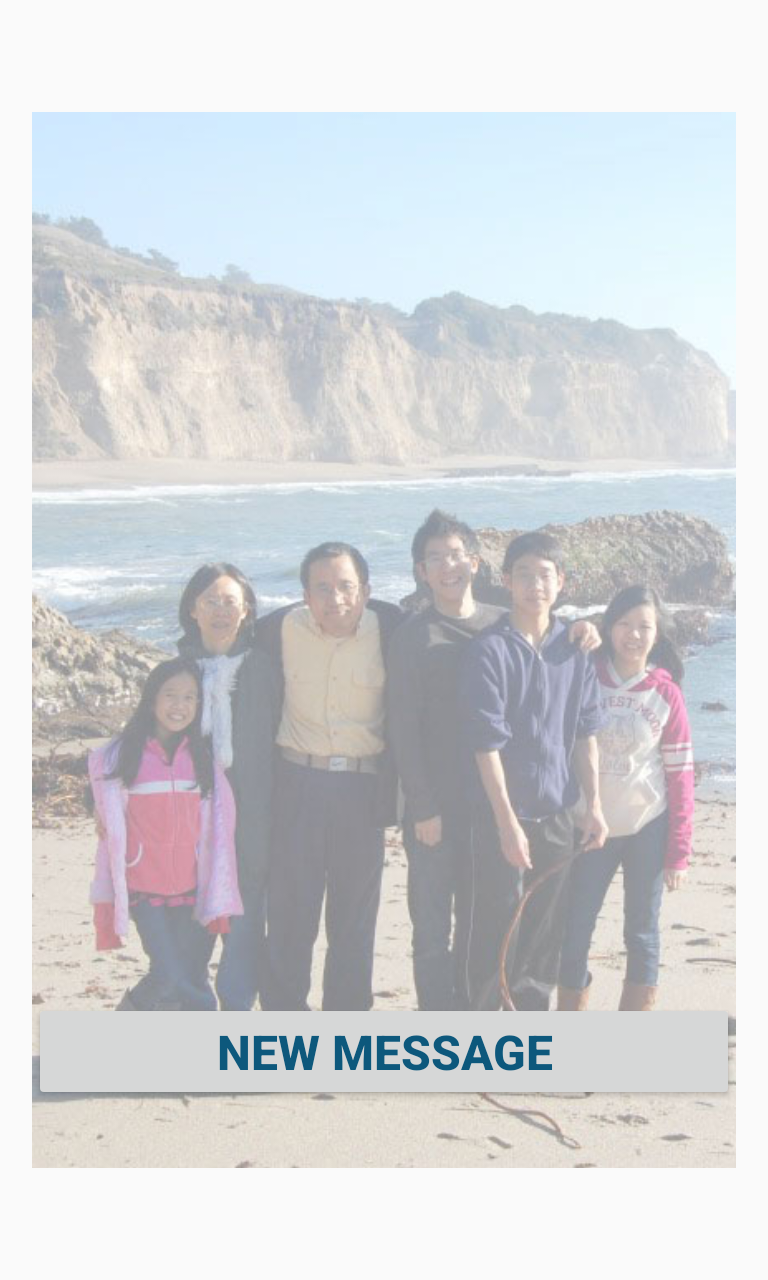
Repository: asaphy/routines
Layout: AndroidWorkSpace/Father'sDayApp/res/layout/activity_main.xml
The author's editor kept a copy of each file at every save. The layout is drawn from the files as they stood at one save, then again after the next save.
It is drawn on a 768 x 1280 px phone screen (xhdpi) without system bars, with theme AppTheme; the app's code is not run.

Above is the layout before, as saved 2014-06-14 22:22:34.

### AndroidWorkSpace/Father'sDayApp/res/layout/activity_main.xml
<RelativeLayout xmlns:android="http://schemas.android.com/apk/res/android"
    xmlns:tools="http://schemas.android.com/tools"
    android:layout_width="match_parent"
    android:layout_height="match_parent"
    android:paddingBottom="@dimen/activity_vertical_margin"
    android:paddingLeft="@dimen/activity_horizontal_margin"
    android:paddingRight="@dimen/activity_horizontal_margin"
    android:paddingTop="@dimen/activity_vertical_margin"
    tools:context="com.asaphyuan.fathersdayapp.MainActivity$PlaceholderFragment" >

    <ImageView
        android:id="@+id/imageView1"
        android:layout_width="match_parent"
        android:layout_height="match_parent"
        android:src="@drawable/family" />

    <TextView
        android:id="@+id/textView1"
        android:layout_width="wrap_content"
        android:layout_height="wrap_content"
        android:layout_alignParentTop="true"
        android:layout_centerHorizontal="true"
        android:layout_marginTop="103dp"
        android:gravity="center_horizontal"
        android:textSize="32sp" />

    <Button
        android:id="@+id/button1"
        android:layout_width="match_parent"
        android:layout_height="wrap_content"
        android:layout_alignParentBottom="true"
        android:layout_alignParentRight="true"
        android:layout_marginBottom="72dp"
        android:text="New Message"
        android:textColor="#0D587C"
        android:textSize="24sp"
        android:textStyle="bold"
        android:typeface="normal" />

</RelativeLayout>

Loaded but not shown: AndroidWorkSpace/Father'sDayApp/res/values/styles.xml (common file); AndroidWorkSpace/Father'sDayApp/res/values-v11/styles.xml (common file); AndroidWorkSpace/Father'sDayApp/res/values-v14/styles.xml (common file); AndroidWorkSpace/Father'sDayApp/res/values/dimens.xml (common file); AndroidWorkSpace/Father'sDayApp/res/values-w820dp/dimens.xml (common file)

After the next save:
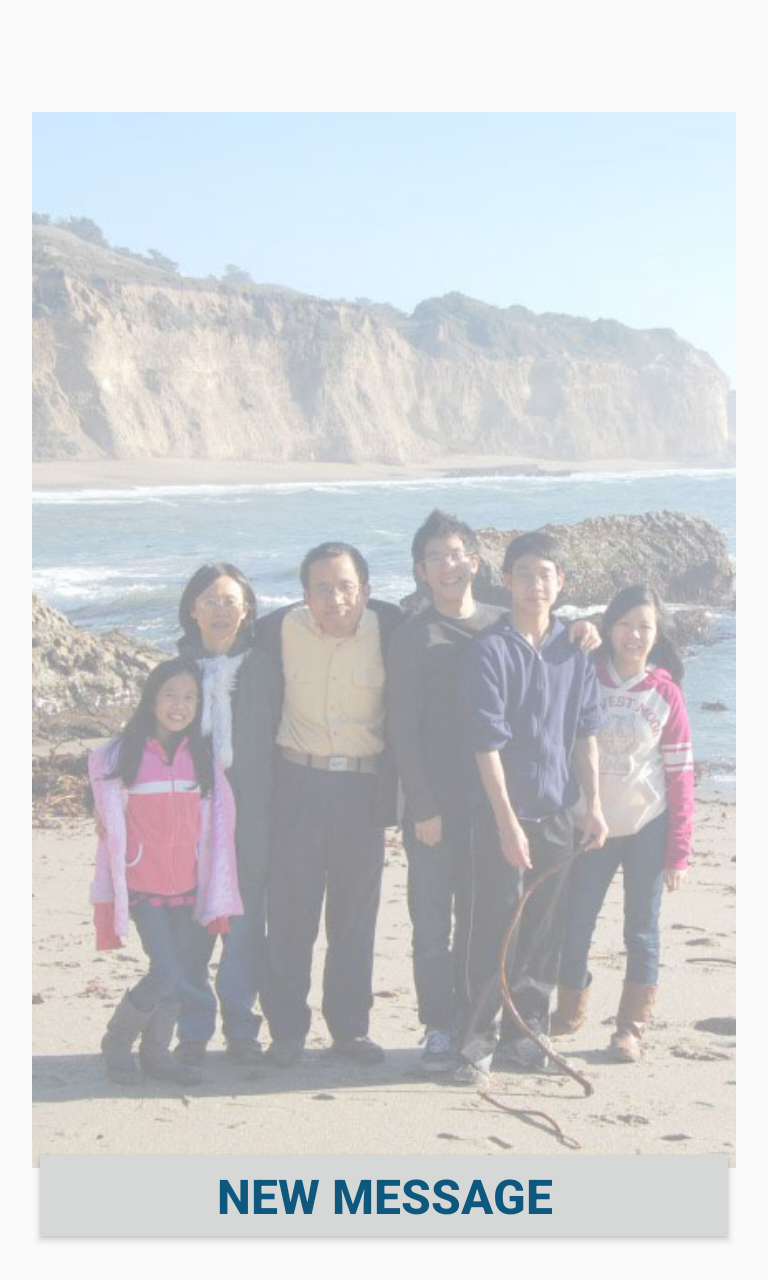
Saved 5 min 14 s later.
--- a/AndroidWorkSpace/Father'sDayApp/res/layout/activity_main.xml
+++ b/AndroidWorkSpace/Father'sDayApp/res/layout/activity_main.xml
@@ -28,9 +28,8 @@
         android:id="@+id/button1"
         android:layout_width="match_parent"
         android:layout_height="wrap_content"
-        android:layout_alignParentBottom="true"
-        android:layout_alignParentRight="true"
-        android:layout_marginBottom="72dp"
+        android:layout_alignBottom="@+id/imageView1"
+        android:layout_alignLeft="@+id/imageView1"
         android:text="New Message"
         android:textColor="#0D587C"
         android:textSize="24sp"
